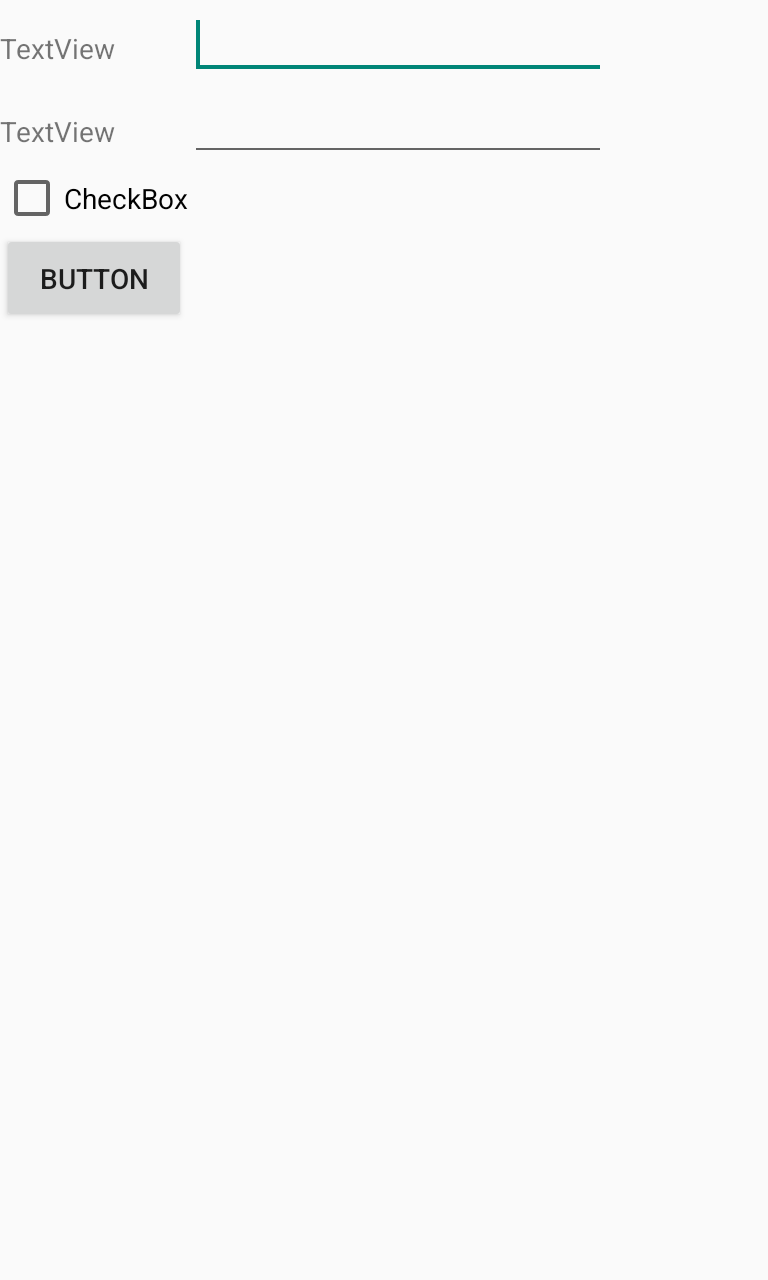
Repository: zieckey/androidworkspace
Layout: LoginTableLayout/res/layout/activity_main.xml
The author's editor kept a copy of each file at every save. The layout is drawn from the files as they stood at one save, then again after the next save.
It is drawn on a 768 x 1280 px phone screen (xhdpi) without system bars, with theme AppTheme; the app's code is not run.

Above is the layout before, as saved 2014-09-07 08:53:48.

After the next save:
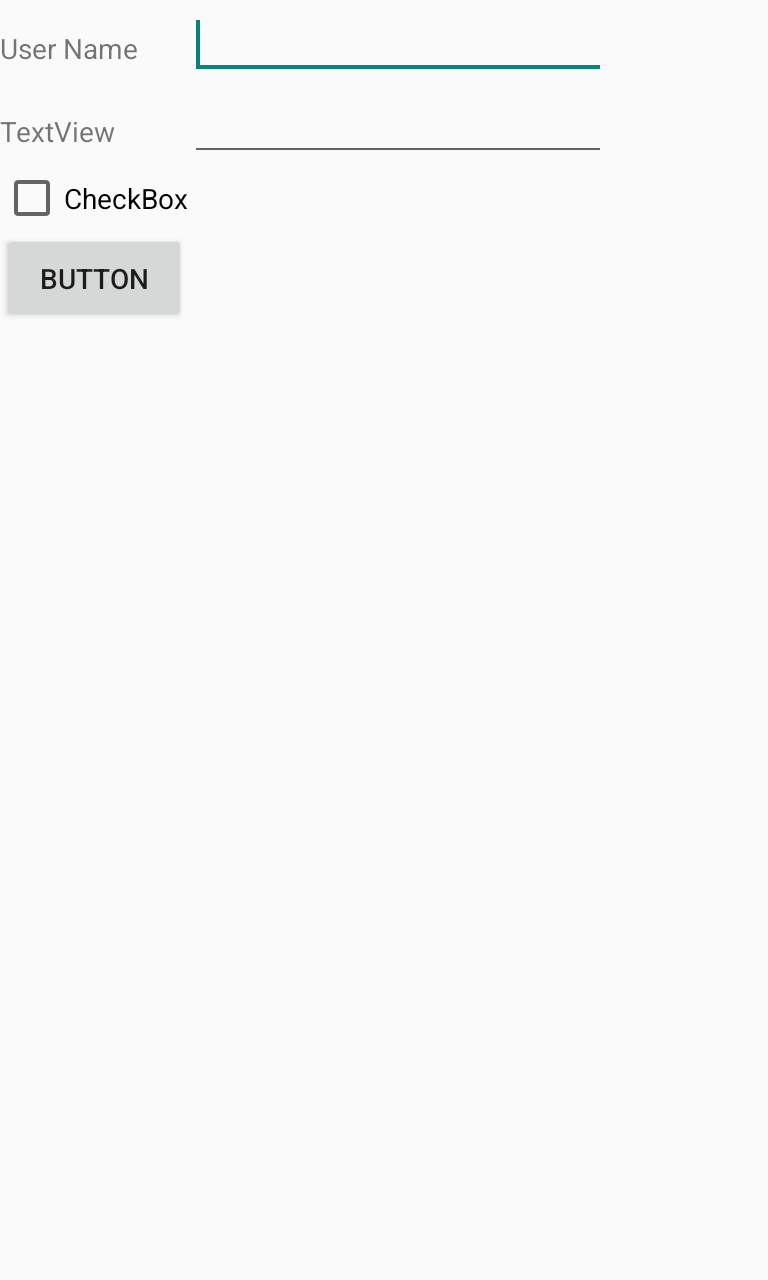
Saved 11 s later.
--- a/LoginTableLayout/res/layout/activity_main.xml
+++ b/LoginTableLayout/res/layout/activity_main.xml
@@ -19,7 +19,7 @@
                 android:id="@+id/textView1"
                 android:layout_width="wrap_content"
                 android:layout_height="wrap_content"
-                android:text="TextView" />
+                android:text="User Name" />
 
             <EditText
                 android:id="@+id/editText1"
